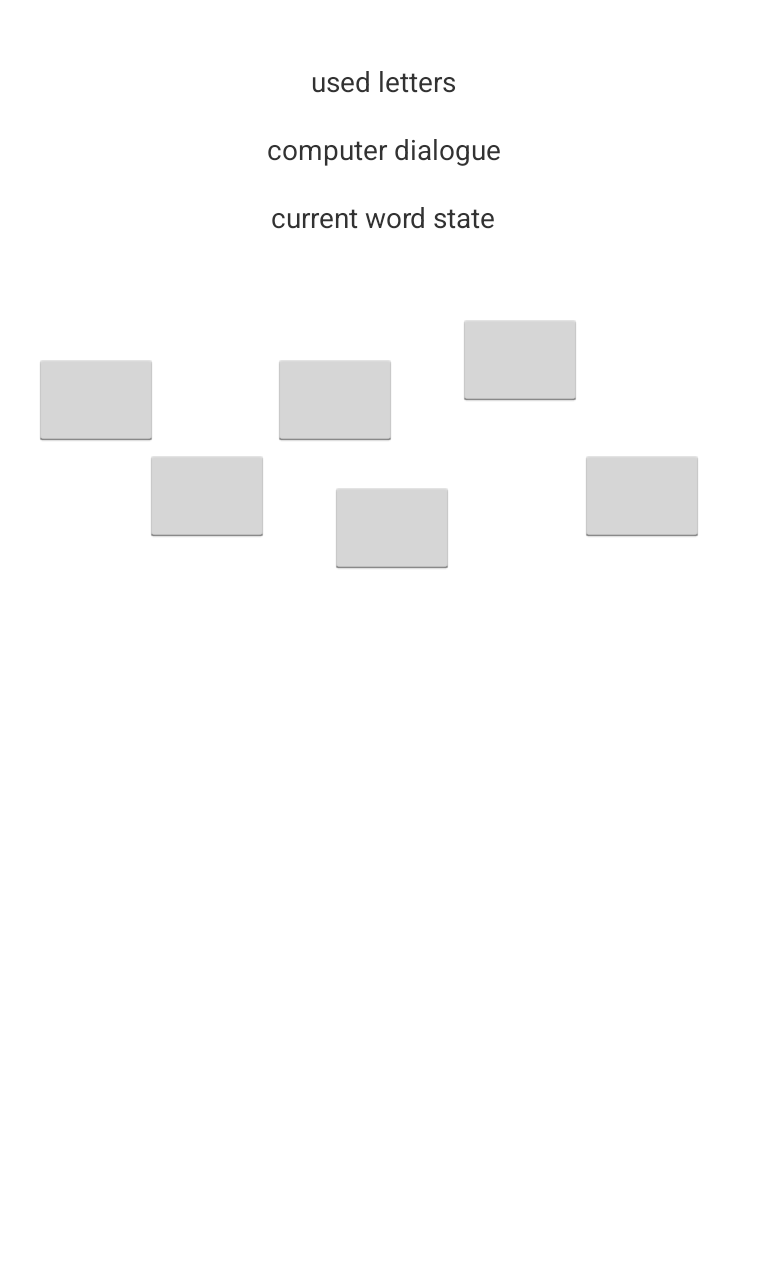
Repository: svandenhout/EvilSpaceMonsterHangman
Layout: evilSpaceMonsterHangman/res/layout/activity_main.xml
An editor plug-in stored every save of this project. The layout is shown before and after the next save, followed by the edit.
It is drawn on a 768 x 1280 px phone screen (xhdpi) without system bars, with theme AppTheme; the app's code is not run.

Above is the layout before, as saved 2013-12-16 12:43:47.

### evilSpaceMonsterHangman/res/layout/activity_main.xml
<RelativeLayout xmlns:android="http://schemas.android.com/apk/res/android"
              xmlns:tools="http://schemas.android.com/tools"
              android:layout_width="match_parent"
              android:layout_height="match_parent"
              android:paddingLeft="@dimen/activity_horizontal_margin"
              android:paddingRight="@dimen/activity_horizontal_margin"
              android:paddingTop="@dimen/activity_vertical_margin"
              android:paddingBottom="@dimen/activity_vertical_margin"
              tools:context=".MainActivity"
              android:orientation="vertical">

    <TextView
            android:id="@+id/usedLetters"
            android:layout_width="wrap_content"
            android:layout_height="wrap_content"
            android:text="@string/used_letters"
            android:layout_centerHorizontal="true"
            android:layout_marginTop="15dp"/>

    <TextView
            android:id="@+id/computerDialogue"
            android:layout_width="wrap_content"
            android:layout_height="wrap_content"
            android:layout_centerHorizontal="true"
            android:text="@string/computer_dialogue"
            android:layout_below="@+id/usedLetters"
            android:layout_marginTop="15dp"/>

    <TextView
            android:id="@+id/currentWordState"
            android:layout_width="wrap_content"
            android:layout_height="wrap_content"
            android:layout_below="@id/computerDialogue"
            android:text="@string/current_word_state"
            android:layout_centerHorizontal="true"
            android:layout_marginTop="15dp"/>

    <Button
        android:id="@+id/eye_6"
        android:layout_width="wrap_content"
        android:layout_height="wrap_content"
        android:layout_alignParentLeft="true"
        android:layout_below="@+id/currentWordState"
        android:layout_marginTop="58dp"
        android:onClick="eyePress" />

    <Button
        android:id="@+id/eye_5"
        android:layout_width="wrap_content"
        android:layout_height="wrap_content"
        android:layout_below="@+id/eye_6"
        android:layout_toLeftOf="@+id/currentWordState"
        android:onClick="eyePress" />

    <Button
        android:id="@+id/eye_4"
        android:layout_width="wrap_content"
        android:layout_height="wrap_content"
        android:layout_above="@+id/eye_3"
        android:layout_alignLeft="@+id/currentWordState"
        android:onClick="eyePress" />

    <Button
        android:id="@+id/eye_2"
        android:layout_width="wrap_content"
        android:layout_height="wrap_content"
        android:layout_alignParentRight="true"
        android:layout_below="@+id/eye_1"
        android:layout_marginRight="15dp"
        android:onClick="eyePress" />

    <Button
        android:id="@+id/eye_3"
        android:layout_width="wrap_content"
        android:layout_height="wrap_content"
        android:layout_alignTop="@+id/eye_5"
        android:layout_marginTop="16dp"
        android:layout_toLeftOf="@+id/eye_1"
        android:onClick="eyePress" />

    <Button
        android:id="@+id/eye_1"
        android:layout_width="wrap_content"
        android:layout_height="wrap_content"
        android:layout_alignBottom="@+id/eye_4"
        android:layout_marginBottom="20dp"
        android:layout_toRightOf="@+id/usedLetters"
        android:onClick="eyePress" />

</RelativeLayout>

### evilSpaceMonsterHangman/res/values/strings.xml
<?xml version="1.0" encoding="utf-8"?>
<resources>

    <string name="app_name" >Hangman
    </string>

    <!-- settings & preferences -->
    <string name="hi_scores" >hi-scores
    </string>
    <string name="settings" >settings
    </string>
    <string name="reset" >reset game
    </string>

    <string name="title_user_name" >user name
    </string>
    <string name="title_word_length">word length
    </string>
    <string name="title_amount_of_turns">amount of turns
    </string>
    <string name="title_evil_mode">Evil Mode
    </string>

    <string name="summary_user_name">set your user name here
    </string>
    <string name="summary_word_length">set the length of the words that you want to use
    </string>
    <string name="summary_amount_of_turns">set the amount of turns until you lose
    </string>
    <string name="summary_evil_mode">Start playing Evil Mode, You will not win
    </string>

    <string name="dialog_user_name" >user name:
    </string>
    <string name="dialog_word_length">word length:
    </string>
    <string name="dialog_amount_of_turns">amount of turns:
    </string>
    <string name="dialog_evil_mode">Evil Mode?
    </string>


    <!-- game ui -->
    <string name="current_word" >current word
    </string>
    <string name="current_word_state" >current word state
    </string>
    <string name="used_letters" >used letters
    </string>
    <string name="computer_dialogue">computer dialogue</string>
    <string name="button_text">a</string>

    <!-- game states -->
    <string name="game_won">game won
    </string>
    <string name="game_lost">game lost
    </string>

    <!-- computer monologue -->
    <string name="cmonologue_start">Pick a letter to start playing</string>
    <string name="cmonologue_used">This letter has already been used, try again</string>
    <string name="cmonologue_invalid">WHAT THE HELL IS THAT!?, try another one</string>
    <string name="cmonologue_wrong">Wrong guess, pick again</string>
    <string name="cmonologue_correct">Lucky, why don\'t you try again?</string>
    <string name="cmonologue_won">:((</string>
    <string name="cmonologue_lost">:-)</string>
</resources>

Loaded but not shown: evilSpaceMonsterHangman/res/values/styles.xml (common file); evilSpaceMonsterHangman/res/values-v11/styles.xml (common file); evilSpaceMonsterHangman/res/values-v14/styles.xml (common file); evilSpaceMonsterHangman/res/values/dimens.xml (common file)

After the next save:
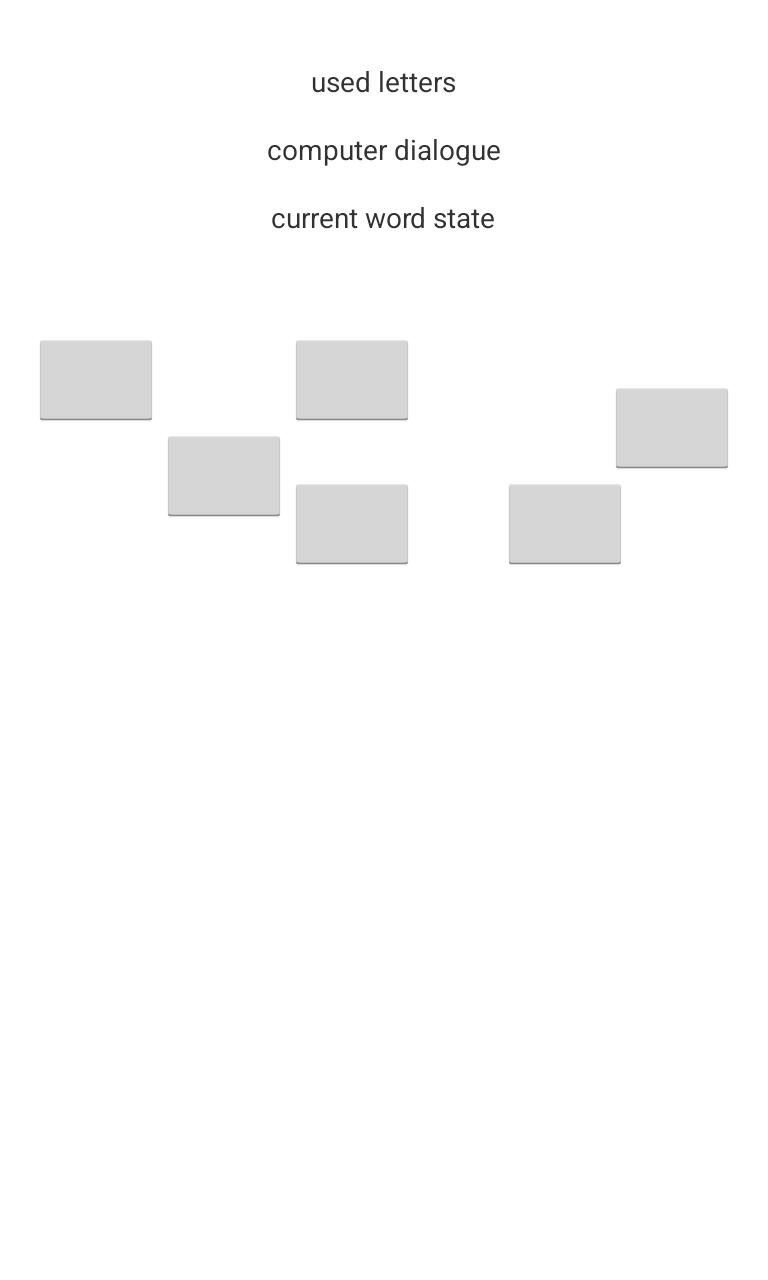
Saved 5 min 5 s later.
--- a/evilSpaceMonsterHangman/res/layout/activity_main.xml
+++ b/evilSpaceMonsterHangman/res/layout/activity_main.xml
@@ -39,9 +39,8 @@
         android:id="@+id/eye_6"
         android:layout_width="wrap_content"
         android:layout_height="wrap_content"
-        android:layout_alignParentLeft="true"
-        android:layout_below="@+id/currentWordState"
-        android:layout_marginTop="58dp"
+        android:layout_alignParentLeft="false"
+        android:layout_marginTop="150dp"
         android:onClick="eyePress" />
 
     <Button
@@ -49,42 +48,41 @@
         android:layout_width="wrap_content"
         android:layout_height="wrap_content"
         android:layout_below="@+id/eye_6"
-        android:layout_toLeftOf="@+id/currentWordState"
+        android:layout_toRightOf="@+id/eye_6"
+        android:onClick="eyePress" />
+
+    <Button
+        android:id="@+id/eye_3"
+        android:layout_width="wrap_content"
+        android:layout_height="wrap_content"
+        android:layout_above="@+id/eye_5"
+        android:layout_toRightOf="@+id/eye_5"
         android:onClick="eyePress" />
 
     <Button
         android:id="@+id/eye_4"
         android:layout_width="wrap_content"
         android:layout_height="wrap_content"
-        android:layout_above="@+id/eye_3"
-        android:layout_alignLeft="@+id/currentWordState"
+        android:layout_alignLeft="@+id/eye_3"
+        android:layout_alignTop="@+id/eye_5"
+        android:layout_marginTop="24dp"
         android:onClick="eyePress" />
 
     <Button
         android:id="@+id/eye_2"
         android:layout_width="wrap_content"
         android:layout_height="wrap_content"
+        android:layout_above="@+id/eye_1"
         android:layout_alignParentRight="true"
-        android:layout_below="@+id/eye_1"
-        android:layout_marginRight="15dp"
-        android:onClick="eyePress" />
-
-    <Button
-        android:id="@+id/eye_3"
-        android:layout_width="wrap_content"
-        android:layout_height="wrap_content"
-        android:layout_alignTop="@+id/eye_5"
-        android:layout_marginTop="16dp"
-        android:layout_toLeftOf="@+id/eye_1"
         android:onClick="eyePress" />
 
     <Button
         android:id="@+id/eye_1"
         android:layout_width="wrap_content"
         android:layout_height="wrap_content"
+        android:layout_alignBaseline="@+id/eye_4"
         android:layout_alignBottom="@+id/eye_4"
-        android:layout_marginBottom="20dp"
-        android:layout_toRightOf="@+id/usedLetters"
+        android:layout_toRightOf="@+id/computerDialogue"
         android:onClick="eyePress" />
 
 </RelativeLayout>
